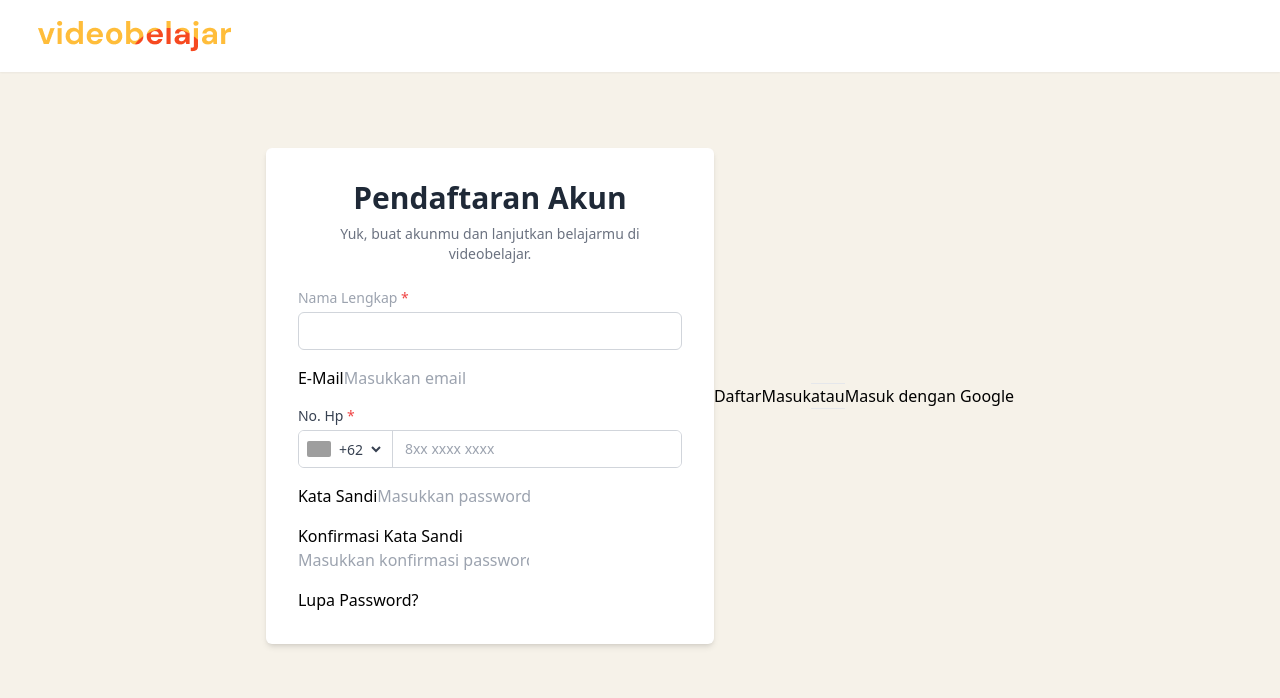
Repository: dimascahyanugraha/Course-Mission-4
Page: /signup
The author's editor kept a copy of each file at every save. The page is drawn from the files as they stood at one save, then again after the next save.
The browser window is 1280 px wide. The pictures show the whole page.
Pictures or frames that could not be fetched are drawn as grey boxes. The project was rebuilt for these pictures with package versions that can differ from the ones it lists, and the page was loaded fresh each time. Also part of the build but not shown: vite.config.js, src/components/LoginPage.jsx.

Above is the page before, as saved 2026-05-29 19:26:30.

After the next save:
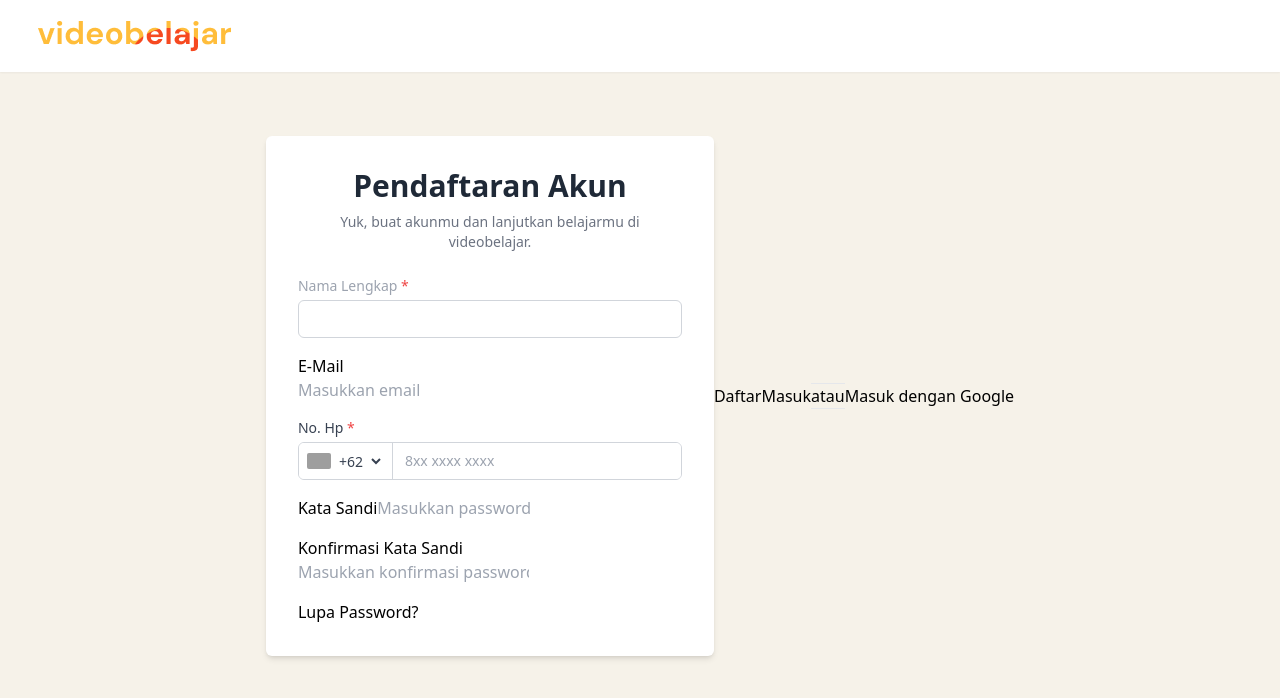
Saved 6 s later.
--- a/src/components/Signup.jsx
+++ b/src/components/Signup.jsx
@@ -27,7 +27,7 @@ export default function Signup() {
               />
             </div>
             <div>
-              <label className="">E-Mail</label>
+              <label className="block">E-Mail</label>
               <input type="email" placeholder="Masukkan email" />
             </div>
             {/* NO. HP */}
